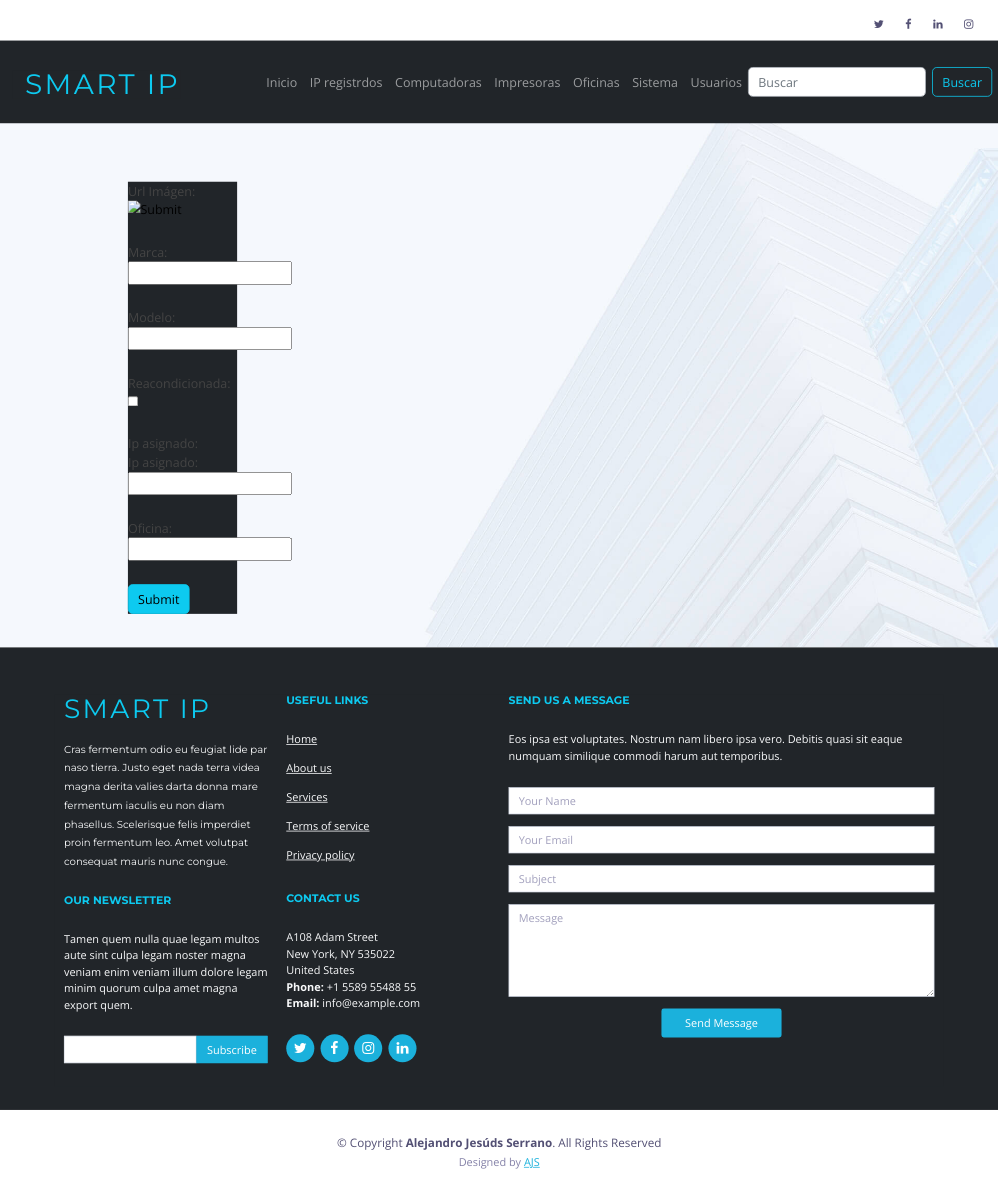
Repository: AlejandroJesusSerrano/SmartIPs
Page: smartip/smartipnav/templates/smartipnav/printer_form.html
An editor plug-in stored every save of this project. The page is shown before and after the next save, followed by the edit.
The browser window is 1280 px wide. The pictures show the whole page, at 78% of full size.
The page is served by the project's application, run on Django 4.2 (smartip/manage.py). Other server files are loaded and not shown. The template is opened directly, without the code that normally fills it, so the values that code supplies are empty.

Above is the page before, as saved 2022-11-14 08:06:53.

### smartip/smartipnav/templates/smartipnav/printer_form.html
{% extends 'smartipnav/base.html' %}

{% block content %}
<section id="intro" class="clearfix">
    <div class="container d-flex h-100">
        <div class="row justify-content-center align-self-center">
            <div class="col-md-6 intro-info order-md-first order-last">
                <form action="" method="post">
                    {% csrf_token %}
                    <div class="form-group bg-dark">
                        <label for="printer_image">Url Imágen: </label>
                        <input type="image" name="printer_image" id="printer_add"></p>

                        <label for="printer_brand">Marca: </label>
                        <input type="text" name="printer_brand" id="printer_brand"></p>

                        <label for="printer_model">Modelo: </label>
                        <input type="text" name="printer_model" id="printer_model"></p>

                        <label for="printer_rebuilded">Reacondicionada: </label>
                        <input type="checkbox" name="printer_rebuilded" id="printer_rebuilded"></p>

                        <label for="printer_ip">Ip asignado: </label>
                        <p>Ip asignado: <input type="text" name="printer_ip" id="printer_ip"></p>

                        <label for="printer_office">Oficina: </label>
                        <input type="text" namr="printer_office" id="printer_office"></p>

                        <button type="submit" class="btn btn-info">Submit</button>
                    </div>
                </form>
            </div>
        </div>
    </div>
{% endblock %}

### smartip/smartipnav/templates/smartipnav/base.html
<!DOCTYPE html>
<html lang="en">
<head>

  {% load static %}
  <meta charset="utf-8">
  <title>Smart IP</title>
  <meta content="width=device-width, initial-scale=1.0" name="viewport">
  <meta content="" name="keywords">
  <meta content="" name="description">

  <!-- Favicons -->
  <link href="{% static 'smartipnav/img/favicon.png' %}" rel="icon">
  <link href="{% static 'smartipnav/img/apple-touch-icon.png' %}" rel="apple-touch-icon">

  <!-- Google Fonts -->
  <link href="https://fonts.googleapis.com/css?family=Open+Sans:300,300i,400,400i,500,600,700,700i|Montserrat:300,400,500,600,700" rel="stylesheet">

  <!-- Bootstrap CSS File -->
  <link href="https://cdn.jsdelivr.net/npm/bootstrap@5.2.2/dist/css/bootstrap.min.css" rel="stylesheet" integrity="sha384-Zenh87qX5JnK2Jl0vWa8Ck2rdkQ2Bzep5IDxbcnCeuOxjzrPF/et3URy9Bv1WTRi" crossorigin="anonymous">

  <!-- Libraries CSS Files -->
  <link href="{% static 'smartipnav/lib/font-awesome/css/font-awesome.min.css' %}" rel="stylesheet">
  <link href="{% static 'smartipnav/lib/animate/animate.min.css' %}" rel="stylesheet">
  <link href="{% static 'smartipnav/lib/ionicons/css/ionicons.min.css' %}" rel="stylesheet">
  <link href="{% static 'smartipnav/lib/owlcarousel/assets/owl.carousel.min.css' %}" rel="stylesheet">
  <link href="{% static 'smartipnav/lib/lightbox/css/lightbox.min.css' %}" rel="stylesheet">

  <!-- Main Stylesheet File -->
  <link href="{% static 'smartipnav/css/style.css' %}" rel="stylesheet">

  <!-- =======================================================
    Theme Name: Rapid
    Theme URL: https://bootstrapmade.com/rapid-multipurpose-bootstrap-business-template/
    Author: BootstrapMade.com
    License: https://bootstrapmade.com/license/
  ======================================================= -->
</head>

<body>
  <!--==========================
  Header
  ============================-->
  <header id="header">

    <div id="topbar">
      <div class="container me-2">
        <div class="social-links">
          <a href="#" class="twitter"><i class="fa fa-twitter"></i></a>
          <a href="#" class="facebook"><i class="fa fa-facebook"></i></a>
          <a href="#" class="linkedin"><i class="fa fa-linkedin"></i></a>
          <a href="#" class="instagram"><i class="fa fa-instagram"></i></a>
        </div>
      </div>
    </div>

    <nav class="navbar navbar-expand-lg navbar-dark bg-dark">
      <a class="navbar-brand" href="index">
        <div class="logo mb-4">
          <!-- Uncomment below if you prefer to use an image logo -->
          <h1 class="text-bg-dark mx-auto "><a href="index"><span class= "text-info">Smart IP</span></a></h1>
          <!-- <a href="#header" class="scrollto"><img src="img/logo.png" alt="" class="img-fluid"></a> -->
        </div>
      </a>
      <button class="navbar-toggler" type="button" data-bs-toggle="collapse" data-bs-target="#navbarSupportedContent" aria-controls="navbarSupportedContent" aria-expanded="false" aria-label="Toggle navigation">
        <span class="navbar-toggler-icon"></span>
      </button>
      <div class="collapse navbar-collapse" id="navbarSupportedContent">
        <ul class="navbar-nav ms-auto mb-2 mb-lg-0">
          <li class="nav-item">
            <a class="nav-link {% block indexactive %} {% endblock %}" aria-current="page" href="{% url 'Inicio' %}">Inicio</a>
          </li>
          <li class="nav-item">
            <a class="nav-link {% block ipactive %} {% endblock %}" aria-current="page" href=" {% url 'Ip' %}">IP registrdos</a>
          </li>
          <li class="nav-item">
            <a class="nav-link {% block computeractive %} {% endblock %}" aria-current="page" href="{% url 'Computers' %}">Computadoras</a>
          </li>
          <li class="nav-item">
            <a class="nav-link {% block printersactive %} {% endblock %}" aria-current="page" href="{% url 'Printers' %}">Impresoras</a>
          </li>
          <li class="nav-item">
            <a class="nav-link {% block officesactive %} {% endblock %}" aria-current="page" href="{% url 'Offices' %}">Oficinas</a>
          </li>
          <li class="nav-item">
            <a class="nav-link {% block usersactive %} {% endblock %}" aria-current="page" href="{% url 'Users' %}">Sistema</a>
          </li>
          <li class="nav-item">
            <a class="nav-link {% block userspcactive %} {% endblock %}" aria-current="page" href="{% url 'UsersPc' %}">Usuarios</a>
          </li>

          <!-- <li class="nav-item dropdown">
            <a class="nav-link dropdown-toggle" href="#" id="navbarDropdown" role="button" data-bs-toggle="dropdown" aria-expanded="false">
              Dropdown
            </a>
            <ul class="dropdown-menu" aria-labelledby="navbarDropdown">
              <li><a class="dropdown-item" href="#">Acción</a></li>
              <li><a class="dropdown-item" href="#">Otra acción</a></li>
              <li><hr class="dropdown-divider"></li>
              <li><a class="dropdown-item" href="#">Algo más aquí</a></li>
            </ul>
          </li>
          <li class="nav-item">
            <a class="nav-link disabled">Deshabilitado</a>
          </li> -->
        </ul>
        <form class="d-flex" role="search">
          <input class="form-control me-2" type="search" placeholder="Buscar" aria-label="Buscar">
          <button class="btn btn-outline-info me-2" type="submit">Buscar</button>
        </form>
      </div>
    </nav>
  </header><!-- #header -->



    {% block content %}

    {% endblock %}



  <!--==========================
    Footer
  ============================-->
  <footer id="footer" class="section-bg">
    <div class="footer-top bg-dark">
      <div class="container bg-dark">

        <div class="row">

          <div class="col-lg-6">

            <div class="row">

                <div class="col-sm-6">

                  <div class="footer-info">
                    <h3 class="text-info">Smart Ip</h3>
                    <p class="text-light">Cras fermentum odio eu feugiat lide par naso tierra. Justo eget nada terra videa magna derita valies darta donna mare fermentum iaculis eu non diam phasellus. Scelerisque felis imperdiet proin fermentum leo. Amet volutpat consequat mauris nunc congue.</p>
                  </div>

                  <div class="footer-newsletter">
                    <h4 class="text-info">Our Newsletter</h4>
                    <p class="text-light">Tamen quem nulla quae legam multos aute sint culpa legam noster magna veniam enim veniam illum dolore legam minim quorum culpa amet magna export quem.</p>
                    <form action="" method="post">
                      <input type="email" name="email"><input type="submit"  value="Subscribe">
                    </form>
                  </div>

                </div>

                <div class="col-sm-6">
                  <div class="footer-links">
                    <h4 class="text-info">Useful Links</h4>
                    <ul>
                      <li><a class="text-light" href="#">Home</a></li>
                      <li><a class="text-light" href="#">About us</a></li>
                      <li><a class="text-light" href="#">Services</a></li>
                      <li><a class="text-light" href="#">Terms of service</a></li>
                      <li><a class="text-light" href="#">Privacy policy</a></li>
                    </ul>
                  </div>

                  <div class="footer-links">
                    <h4 class="text-info">Contact Us</h4>
                    <p class="text-light">
                      A108 Adam Street <br>
                      New York, NY 535022<br>
                      United States <br>
                      <strong>Phone:</strong> +1 5589 55488 55<br>
                      <strong>Email:</strong> info@example.com<br>
                    </p>
                  </div>

                  <div class="social-links">
                    <a href="#" class="twitter"><i class="fa fa-twitter"></i></a>
                    <a href="#" class="facebook"><i class="fa fa-facebook"></i></a>
                    <a href="#" class="instagram"><i class="fa fa-instagram"></i></a>
                    <a href="#" class="linkedin"><i class="fa fa-linkedin"></i></a>
                  </div>

                </div>

            </div>

          </div>

          <div class="col-lg-6">

            <div class="form">

              <h4 class="text-info">Send us a message</h4>
              <p class= "text-light">Eos ipsa est voluptates. Nostrum nam libero ipsa vero. Debitis quasi sit eaque numquam similique commodi harum aut temporibus.</p>
              <form action="" method="post" role="form" class="contactForm">
                <div class="form-group">
                  <input type="text" name="name" class="form-control" id="name" placeholder="Your Name" data-rule="minlen:4" data-msg="Please enter at least 4 chars" />
                  <div class="validation"></div>
                </div>
                <div class="form-group">
                  <input type="email" class="form-control" name="email" id="email" placeholder="Your Email" data-rule="email" data-msg="Please enter a valid email" />
                  <div class="validation"></div>
                </div>
                <div class="form-group">
                  <input type="text" class="form-control" name="subject" id="subject" placeholder="Subject" data-rule="minlen:4" data-msg="Please enter at least 8 chars of subject" />
                  <div class="validation"></div>
                </div>
                <div class="form-group">
                  <textarea class="form-control" name="message" rows="5" data-rule="required" data-msg="Please write something for us" placeholder="Message"></textarea>
                  <div class="validation"></div>
                </div>

                <div id="sendmessage">Your message has been sent. Thank you!</div>
                <div id="errormessage"></div>

                <div class="text-center"><button type="submit" title="Send Message">Send Message</button></div>
              </form>
            </div>

          </div>



        </div>

      </div>
    </div>

    <div class="container">
      <div class="copyright">
        &copy; Copyright <strong>Alejandro Jesúds Serrano</strong>. All Rights Reserved
      </div>
      <div class="credits">
        <!--
          All the links in the footer should remain intact.
          You can delete the links only if you purchased the pro version.
          Licensing information: https://bootstrapmade.com/license/
          Purchase the pro version with working PHP/AJAX contact form: https://bootstrapmade.com/buy/?theme=Rapid
        -->
        Designed by <a href="https://AJS.com/">AJS</a>
      </div>
    </div>
  </footer><!-- #footer -->

  <a href="#" class="back-to-top"><i class="fa fa-chevron-up"></i></a>
  <!-- Uncomment below i you want to use a preloader -->
  <!-- <div id="preloader"></div> -->

  <!-- JavaScript Libraries -->
  <script src="{% static 'smartipnav/lib/jquery/jquery.min.js' %}"></script>
  <script src="{% static 'smartipnav/lib/jquery/jquery-migrate.min.js' %}"></script>
  <script src="https://cdn.jsdelivr.net/npm/bootstrap@5.2.2/dist/js/bootstrap.bundle.min.js" integrity="sha384-OERcA2EqjJCMA+/3y+gxIOqMEjwtxJY7qPCqsdltbNJuaOe923+mo//f6V8Qbsw3" crossorigin="anonymous"></script>
  <script src="{% static 'smartipnav/lib/easing/easing.min.js' %}"></script>
  <script src="{% static 'smartipnav/lib/mobile-nav/mobile-nav.js' %}"></script>
  <script src="{% static 'smartipnav/lib/wow/wow.min.js' %}"></script>
  <script src="{% static 'smartipnav/lib/waypoints/waypoints.min.js' %}"></script>
  <script src="{% static 'smartipnav/lib/counterup/counterup.min.js' %}"></script>
  <script src="{% static 'smartipnav/lib/owlcarousel/owl.carousel.min.js' %}"></script>
  <script src="{% static 'smartipnav/lib/isotope/isotope.pkgd.min.js' %}"></script>
  <script src="{% static 'smartipnav/lib/lightbox/js/lightbox.min.js' %}"></script>
  <!-- Contact Form JavaScript File -->
  <script src="{% static 'smartipnav/contactform/contactform.js' %}"></script>

  <!-- Template Main Javascript File -->
  <script src="{% static 'smartipnav/js/main.js' %}"></script>

</body>
</html>

### smartip/smartip/urls.py
"""smartip URL Configuration

The `urlpatterns` list routes URLs to views. For more information please see:
    https://docs.djangoproject.com/en/4.1/topics/http/urls/
Examples:
Function views
    1. Add an import:  from my_app import views
    2. Add a URL to urlpatterns:  path('', views.home, name='home')
Class-based views
    1. Add an import:  from other_app.views import Home
    2. Add a URL to urlpatterns:  path('', Home.as_view(), name='home')
Including another URLconf
    1. Import the include() function: from django.urls import include, path
    2. Add a URL to urlpatterns:  path('blog/', include('blog.urls'))
"""
from django.contrib import admin
from django.urls import path

urlpatterns = [
    path('admin/', admin.site.urls),
]

Loaded but not shown: smartip/smartipnav/static/smartipnav/lib/font-awesome/css/font-awesome.min.css (library); smartip/smartipnav/static/smartipnav/lib/animate/animate.min.css (library); smartip/smartipnav/static/smartipnav/lib/ionicons/css/ionicons.min.css (library); smartip/smartipnav/static/smartipnav/lib/owlcarousel/assets/owl.carousel.min.css (library); smartip/smartipnav/static/smartipnav/lib/lightbox/css/lightbox.min.css (common file); smartip/smartipnav/static/smartipnav/lib/jquery/jquery.min.js (library); smartip/smartipnav/static/smartipnav/lib/jquery/jquery-migrate.min.js (library); smartip/smartipnav/static/smartipnav/lib/easing/easing.min.js (common file); smartip/smartipnav/static/smartipnav/lib/mobile-nav/mobile-nav.js (common file); smartip/smartipnav/static/smartipnav/lib/wow/wow.min.js (library); smartip/smartipnav/static/smartipnav/lib/waypoints/waypoints.min.js (library); smartip/smartipnav/static/smartipnav/lib/counterup/counterup.min.js (common file); smartip/smartipnav/static/smartipnav/lib/owlcarousel/owl.carousel.min.js (library); smartip/smartipnav/static/smartipnav/lib/isotope/isotope.pkgd.min.js (library); smartip/smartipnav/static/smartipnav/lib/lightbox/js/lightbox.min.js (library); smartip/smartipnav/static/smartipnav/js/main.js (131 lines, source omitted); smartip/smartipnav/static/smartipnav/contactform/contactform.js (118 lines, source omitted); smartip/smartipnav/static/smartipnav/css/style.css (1573 lines, source omitted)

After the next save:
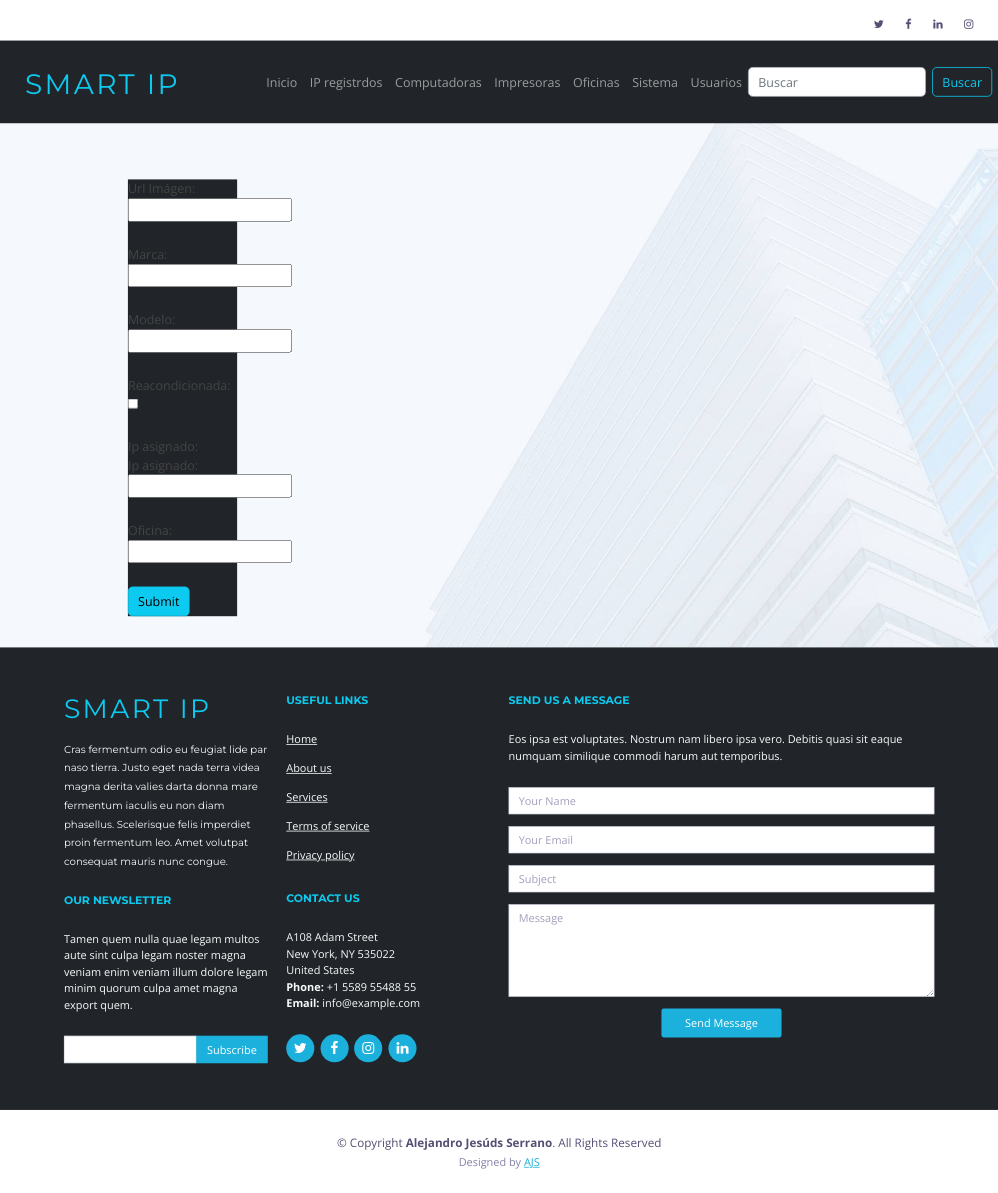
Saved 41 s later.
--- a/smartip/smartipnav/templates/smartipnav/printer_form.html
+++ b/smartip/smartipnav/templates/smartipnav/printer_form.html
@@ -9,7 +9,7 @@
                     {% csrf_token %}
                     <div class="form-group bg-dark">
                         <label for="printer_image">Url Imágen: </label>
-                        <input type="image" name="printer_image" id="printer_add"></p>
+                        <input type="url" name="printer_image" id="printer_add"></p>
 
                         <label for="printer_brand">Marca: </label>
                         <input type="text" name="printer_brand" id="printer_brand"></p>
